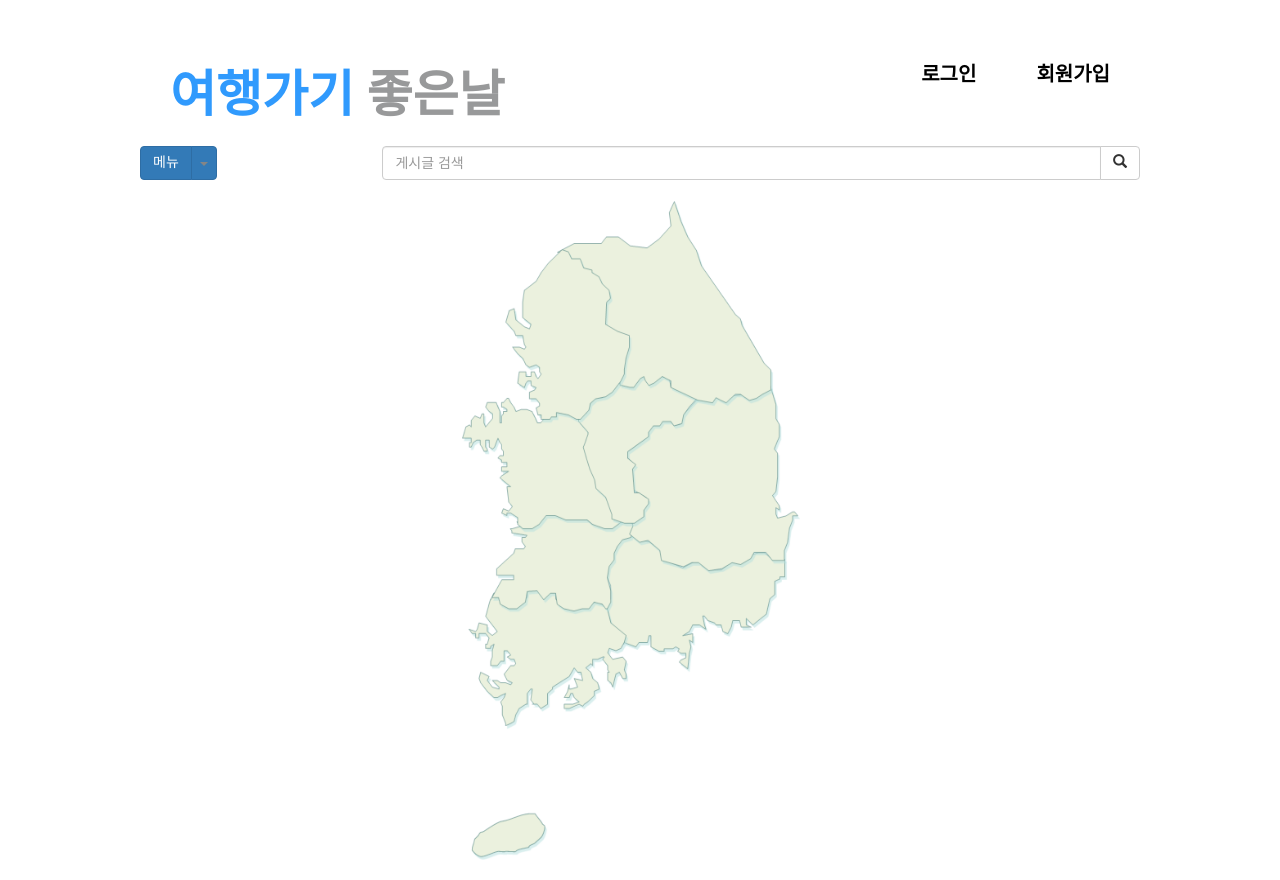
Repository: Hotmintchoco/teamProject1
Page: http://localhost/tripProject/mypage.jsp
An editor plug-in stored every save of this project. The page is shown before and after a run of saves, followed by the edit.
The browser window is 1280 px wide. The pictures show the whole page.
Some web fonts or font styles are not loaded; a fallback is used. The page is served by Tomcat 9. Nobody is signed in. The application's start-up code is not run. Other server files are loaded and not shown.

Above is the page before, as saved 2022-07-02 11:43:36.

### tripProject/src/main/webapp/mypage.jsp
<%@ page language="java" contentType="text/html; charset=UTF-8"
    pageEncoding="UTF-8"%>
<!DOCTYPE html>
<html>
<head>
<meta charset="UTF-8">
    <meta name="viewport" content="width=device-width, initial-scale=1.0">
    <title>여행가기 좋은날</title>
    <link rel="preconnect" href="https://fonts.googleapis.com">
	<link rel="preconnect" href="https://fonts.gstatic.com" crossorigin>
	<link href="https://fonts.googleapis.com/css2?family=Gugi&display=swap" rel="stylesheet">
    <link rel="stylesheet" href="fontawesome/css/all.min.css"> <!-- https://fontawesome.com/ -->
    <link rel="stylesheet" href="css/magnific-popup.css">
    <link rel="stylesheet" href="css/templatemo-ocean-vibes.css">
    <link rel="stylesheet" href="https://maxcdn.bootstrapcdn.com/bootstrap/3.4.1/css/bootstrap.min.css">
    <script src="https://ajax.googleapis.com/ajax/libs/jquery/3.6.0/jquery.min.js"></script>
  	<script src="https://maxcdn.bootstrapcdn.com/bootstrap/3.4.1/js/bootstrap.min.js"></script>

    <style>
    	* {font-family: 'Gugi', cursive}
        ul,ol.li {list-style: none; margin: 0; padding: 0;}
        nav {width: 1000px; height: 50px; margin:0 auto;}
	    nav > ul > li > a {float: right; color: black; font-size: 20px;
            text-decoration: none; margin: 0px 30px 0 30px;
            font-weight: bold;}
        #slider {width: 1000px; height: 700px; margin: 0 auto;}
        #slider > img {margin-left: 250px;}
        .tm-mt-0 {float: left; font-size: 50px;}
        #menubar {width: 1000px; margin: 0 auto;}
    </style>
</head>
<body>
    <header class="tm-site-header">
        <div>
            <nav>
                <ul>
                    <li><a href="#">회원가입</a></li>
                    <li><a href="#">로그인</a></li>
                    <li><a href="mypage.jsp" class="tm-mt-0 tm-mb-15"><span class="tm-color-primary">여행가기</span> <span class="tm-color-gray-2">좋은날</span></a></li>
                </ul>
            </nav>
        </div>
    </header>
    <div id="menubar">
		<table style="width: 100%;">
			<tbody>
				<tr style="width: 100%;">
					<td style="width: 24%;">
						<div class="btn-group">
							<button type="button" class="btn btn-primary menubtn">메뉴</button>
							<button type="button" class="btn btn-primary dropdown-toggle"
								data-toggle="dropdown">
								<span class="caret"></span>
							</button>
							<ul class="dropdown-menu" role="menu">
								<li><a href="#">코스</a></li>
								<li><a href="#">축제</a></li>
								<li><a href="#">이벤트</a></li>
							</ul>
						</div>
					</td>
					<td style="width: 75%;">
					<form action="memberForm.jsp">
						<div class="input-group">
							<input type="text" class="form-control" name="search"
								placeholder="게시글 검색">
							<div class="input-group-btn">
								<button class="btn btn-default" type="submit">
									<i class="glyphicon glyphicon-search"></i>
								</button>
							</div>
						</div>
					</form>
					</td>
				</tr>
			</tbody>
		</table>
    </div>

	<div id="slider">
        <img src="img/koreaMap2.png" alt="Map" width="450px" height="700px">
    </div>

    <script src="js/jquery-3.4.1.min.js"></script>
    <script src="js/imagesloaded.pkgd.min.js"></script>
    <script src="js/isotope.pkgd.min.js"></script>
    <script src="js/jquery.magnific-popup.min.js"></script>
    <script src="js/templatemo-script.js"></script>
</body>
</html>

### tripProject/src/main/webapp/css/templatemo-ocean-vibes.css
/*

TemplateMo 554 Ocean Vibes

https://templatemo.com/tm-554-ocean-vibes

*/

html { overflow-x: hidden; }

body {
    font-family: 'Source Sans Pro', sans-serif;
    font-size: 19px;
    line-height: 1.8em;
    overflow-x: hidden;
}

p, span, em, a, address { color: #848586; }
h2, p {
    margin-top: 0;
}

a:hover, a.active { color: #309AFD; }

.tm-btn {
    padding: 10px 40px;
    color: white;
    background-color: #3299CD;
    display: inline-block;
    border: none;
    cursor: pointer;
    font-size: 1.2rem;
    transition: all 0.3s ease;
}

button.tm-btn {
    padding: 15px 40px;
}

.tm-btn:hover {
    color: white;
    background-color: #49b4e9;
}

h1 { font-size: 3rem; }
em { display: block; }
div { box-sizing: border-box;}
.tm-mt-35 { margin-top: 35px; }
.tm-mb-0 { margin-bottom: 0; }
.tm-mb-15 { margin-bottom: 15px; }
.tm-mb-30 { margin-bottom: 30px; }
.tm-mb-40 { margin-bottom: 40px; }
.tm-mb-50 { margin-bottom: 50px; }
.tm-mb-80 { margin-bottom: 80px; }
.tm-text-center { text-align: center; }
.tm-text-right { text-align: right; }
.tm-color-primary { color: #309AFD; }
.tm-color-gray { color: #666768; }
.tm-color-gray-2 { color: #98999A; }
.tm-color-light-gray { color: #9E9FA0; }
.tm-bg-white { background-color: #FFF; }
.tm-bg-gray { background-color: #F1F2F3; }
blockquote { margin: 0 0 30px 10px; }
img { max-width: 100%; }
.tm-page-title { font-size: 30px; }

body, ul {
    margin: 0;
    padding: 0;
}

a {
    text-decoration: none;
    transition: all 0.3s ease;
}

.tm-mt-0 { margin-top: 0; }

.tm-site-header {
    padding: 60px 70px 30px;
}

.tm-tagline {
    font-size: 1.5rem;
    margin-left: 130px;
}

#tm-video-container {
    max-height: 400px;
    overflow: hidden;
    background-color: #333;
    margin-bottom: 90px;
    position: relative;
}

#tm-video {
    width: 100%;
    height: auto;
}

#tm-video-control-button {
    position: absolute;
    bottom: 20px;
    right: 20px;
    z-index: 1000;
    color: #e1e1e1;
}

.tm-nav-item {
    list-style: none;
    margin: 22px;
}

.tm-nav-link {
    display: flex;
    align-items: center;
    flex-direction: column;
    width: 200px;
    height: 200px;
    padding: 30px;
    border: 1px solid #D2D3D4;
    color: #999;
    box-sizing: border-box;
}

.tm-nav-link:hover,
.tm-nav-link.active {
    color: #309AFD;
}

.tm-nav-link i {
    margin-top: 30px;
    color: #309AFD;
}

.tm-main-nav ul {
    display: flex;
    flex-wrap: wrap;
    margin-left: auto;
    margin-right: auto;
}

.tm-container {
    max-width: 1254px;
    padding-left: 15px;
    padding-right: 15px;
    margin: 0 auto 135px;
}

.tm-footer {
    display: flex;
    justify-content: space-between;
    padding: 25px;
    font-size: 0.9em;
}

.tm-close-popup {
    text-align: right;
    display: block;
}

.tm-close-popup i {
    margin-left: 10px;
    margin-right: 10px;
}

.tm-row {
    display: flex;
}

.tm-col-6 {
    flex: 0 0 50%;
}

.tm-intro-pad {
    padding: 40px 55px 50px;
}

.tm-intro-col-l {
    margin-right: 40px;
}

/* text-based popup styling */
.popup {
    position: relative;
    padding: 12px 10px 35px;
    width:auto;
    max-width: 1200px;
    margin: 0 auto;
}

/*

====== Move-from-top effect ======

*/
.mfp-move-from-top .mfp-with-anim {
    opacity: 0;
    transition: all 0.2s;
    transform: translateY(-100px);
}
.mfp-move-from-top.mfp-bg {
    opacity: 0;
    transition: all 0.2s;
}
.mfp-move-from-top.mfp-ready .mfp-with-anim {
    opacity: 1;
    transform: translateY(0);
}
.mfp-move-from-top.mfp-ready.mfp-bg {
    opacity: 0.8;
}
.mfp-move-from-top.mfp-removing .mfp-with-anim {
    transform: translateY(-50px);
    opacity: 0;
}
.mfp-move-from-top.mfp-removing.mfp-bg {
    opacity: 0;
}

button.mfp-arrow {
    display: none;
}

/* Intro */
.tm-intro-img {
    max-width: 300px;
    max-height: 600px;
}

/* Gallery */
.tm-gallery {
    flex: 0 0 68%;
    margin: 0 20px;
}

.tm-gallery-container {
    position: relative;
    max-width: 800px;
    margin: 0 -10px;
	list-style: none;
    text-align: center;
}

.tm-paging {
    overflow: auto;
    margin-top: 25px;
}

.tm-paging li {
    list-style: none;
}

.tm-paging-link {
    display: flex;
    float: left;
    width: 40px;
    height: 40px;
    align-items: center;
    justify-content: center;
    background: white;
    color: #999;
    margin-right: 15px;
    margin-bottom: 15px;
}

a.tm-paging-link.active,
a.tm-paging-link:hover {
    background: #309AFD;
    color: white;
}

.tm-gallery-right {
    flex: 0 0 26%;
    margin-left: 15px;
}

.tm-gallery-links {
    margin-left: 35px;
    margin-bottom: 55px;
}

.tm-gallery-links li {
    list-style: none;
    margin-bottom: 20px;
}

.tm-gallery-link-icon {
    display: inline-block;
    width: 30px;
}

.tm-gallery-item {
    overflow: hidden;
    margin: 15px 10px;
    min-width: 180px;
    max-width: 180px;
    max-height: 240px;
    width: 25%;
    background: #3085a3;
    text-align: center;
    cursor: pointer;
}

.tm-gallery-container figure img {
    position: relative;
    display: block;
    min-height: 100%;
    max-width: 100%;
    opacity: 0.9;
}

.tm-gallery-container figure figcaption {
	padding: 2em;
	color: #fff;
	text-transform: uppercase;
	font-size: 1.25em;
	-webkit-backface-visibility: hidden;
	backface-visibility: hidden;
}

.tm-gallery-container figure figcaption::before,
.tm-gallery-container figure figcaption::after {
	pointer-events: none;
}

.tm-gallery-container figure figcaption,
.tm-gallery-container figure figcaption > a {
	position: absolute;
	top: 0;
	left: 0;
	width: 100%;
	height: 100%;
}

/* Anchor will cover the whole item by default */
/* For some effects it will show as a button */
.tm-gallery-container figure h2 {
	word-spacing: -0.15em;
	font-weight: 300;
}

.tm-gallery-container figure h2 span {
	font-weight: 800;
}

.tm-gallery-container figure h2,
.tm-gallery-container figure p {
	margin: 0;
}

.tm-gallery-container figure p {
	letter-spacing: 1px;
	font-size: 68.5%;
}

/*---------------*/
/***** Chico *****/
/*---------------*/

figure.effect-chico img {
	-webkit-transition: opacity 0.35s, -webkit-transform 0.35s;
	transition: opacity 0.35s, transform 0.35s;
	-webkit-transform: scale(1.12);
	transform: scale(1.12);
}

figure.effect-chico:hover img {
	opacity: 0.5;
	-webkit-transform: scale(1);
	transform: scale(1);
}

figure.effect-chico figcaption {
    padding: 1em;
    box-sizing: border-box;
    display: flex;
    align-items: center;
}

figure.effect-chico figcaption::before {
	position: absolute;
	top: 15px;
	right: 15px;
	bottom: 15px;
	left: 15px;
	border: 1px solid #fff;
	content: '';
	-webkit-transform: scale(1.1);
	transform: scale(1.1);
}

figure.effect-chico figcaption::before,
figure.effect-chico p {
	opacity: 0;
	-webkit-transition: opacity 0.35s, -webkit-transform 0.35s;
	transition: opacity 0.35s, transform 0.35s;
}

figure.effect-chico h2 {
	padding: 20% 0 20px 0;
}

figure.effect-chico p {
    color: white;
	margin: 0 auto;
	max-width: 200px;
	-webkit-transform: scale(1.5);
	transform: scale(1.5);
}

figure.effect-chico:hover figcaption::before,
figure.effect-chico:hover p {
	opacity: 1;
	-webkit-transform: scale(1);
	transform: scale(1);
}

/* Testimonials */
.tm-testimonials-inner {
    padding: 0 20px 30px;
}

.tm-testimonial-col {
    flex: 0 0 33.3334%;
    padding-left: 20px;
    padding-right: 20px;
}

/* About */
.mapouter{
    position:relative;
    height:250px;
    width:100%;
}

.gmap_canvas {
    overflow:hidden;
    background:none!important;
    height:250px;
    width:100%;
}
.tm-contact-row {
    max-width: 1045px;
}
.tm-about-col {
    margin-left: 40px;
    margin-right: 40px;
    max-width: 500px;
}

/* Contact */
#contact {
    padding-bottom: 65px;
}
.tm-contact-col {
    flex: 0 0 50%;
    padding-left: 40px;
}

.tm-contact-col-r {
    padding-left: 0;
    padding-right: 30px;
}

.tm-contact-form {
    max-width: 350px;
    margin-left: 40px;
    margin-right: 40px;
}

.form-control {
    font-family: 'Source Sans Pro', sans-serif;
    font-size: 1.2rem;
    border: 1px solid #D5D6D7;
    box-sizing: border-box;
    padding: 15px;
    width: 100%;
}

.form-group {
    margin-bottom: 25px;
}

select:not([multiple]) {
    -webkit-appearance: none;
    -moz-appearance: none;
    background-position: right 15px center;
    background-repeat: no-repeat;
    background-image: url(../img/select-arrow.png);
    padding: 14px 20px;
    padding-right: 20px;
    color: #666;
}

.tm-contact-links li {
    list-style: none;
    margin-bottom: 10px;
}

.tm-contact-link-icon {
    margin-right: 15px;
}

address {
    font-style: normal;
}

@media (max-width: 850px) {
    .tm-contact-row {
        flex-direction: column;
    }

    .tm-contact-col {
        flex: 0 0 100%;
        max-width: 100%;
        padding-left: 30px;
        padding-right: 30px;
    }

    .tm-contact-form {
        max-width: 100%;
        margin-left: 0;
        margin-right: 0;
        margin-bottom: 50px;
    }
}

@media (max-width: 700px) {
    .tm-about-row {
        flex-direction: column;
    }
    .tm-about-col {
        flex: 0 0 100%;
    }
}

@media (max-width: 1264px) {
    .tm-main-nav ul {
        max-width: 976px;
    }
}

@media (max-width: 1020px) {
    .tm-main-nav ul {
        max-width: 732px;
    }
}

@media (max-width: 776px) {
    .tm-main-nav ul {
        max-width: 488px;
    }
}

@media (max-width: 532px) {
    .tm-main-nav ul {
        max-width: 244px;
    }
}

@media (max-width: 992px) {
    .tm-testimonial-row {
        flex-wrap: wrap;
    }
    .tm-testimonial-col {
        flex: 100%;
        margin-bottom: 50px;
    }

    .tm-testimonial-col:last-child {
        margin-bottom: 0;
    }

    .tm-testimonial-col-2 {
        flex: 50%;
    }
}

@media (max-width: 635px) {
    .tm-testimonial-col-2 {
        flex: 100%;
    }
}

@media (max-width: 902px) {
    .tm-gallery {
        flex: 0 0 50%;
    }
    .tm-gallery-right {
        flex: 0 0 38%;
    }
}

@media (max-width: 805px) {
    .tm-gallery-row {
        flex-direction: column-reverse;
    }
    .tm-gallery {
        flex: 0 0 100%;
    }
    .tm-gallery-right {
        flex: 0 0 100%;
        margin-left: 20px;
        margin-right: 20px;
    }

    .tm-gallery-right-inner {
        display: flex;
        flex-direction: column-reverse;
    }

    .tm-gallery-links {
        display: flex;
        flex-wrap: wrap;
        margin-top: 20px;
        margin-bottom: 0;
        margin-left: 0;
    }

    .tm-gallery-links li {
        margin-right: 20px;
    }
}

@media (max-width: 850px) {
    .tm-content-row {
        flex-direction: column;
    }

    .tm-intro-col-l {
        margin-right: 0;
    }
}

@media (max-width: 650px) {
    .tm-intro-row {
        flex-direction: column;
    }

    .tm-intro-img {
        max-width: 100%;
        max-height: none;
    }
}

@media (max-width: 540px) {
    .tm-footer {
        flex-direction: column;
        align-items: center;
    }
}

@media (max-width: 558px) {
    .tm-site-header {
        padding-left: 30px;
        padding-right: 30px;
    }

    .tm-tagline {
        margin-left: 30px;
    }
}

### tripProject/src/main/webapp/js/templatemo-script.js
/**
 * Credits
 * Isotope with paging: https://codepen.io/TimRizzo/details/ervrRq
 * CSS3 animation effects for Magnific Popup: https://codepen.io/dimsemenov/pen/GAIkt
 */

$(document).ready(function () {

    /*************** Gallery ******************/

    var itemSelector = ".tm-gallery-item";
    var responsiveIsotope = [ [480, 4], [720, 6] ];
    var itemsPerPageDefault = 8;
    var itemsPerPage = defineItemsPerPage();
    var currentNumberPages = 1;
    var currentPage = 1;
    var currentFilter = '*';
    var filterValue = "";
    var pageAttribute = 'data-page';
    var pagerClass = 'isotope-pager';
    var $container = $('.tm-gallery-container').isotope({
        itemSelector: itemSelector
    });

    function adjustGalleryLayout(currentPopup) {
        if(currentPopup == 'gallery') {
            // layout Isotope after each image loads
            $container.imagesLoaded().progress( function() {
                $container.isotope('layout');
            });
        }
    }

    /************** Popup *****************/

    $('#inline-popups').magnificPopup({
        delegate: 'a',
        removalDelay: 500, //delay removal by X to allow out-animation
        callbacks: {
            beforeOpen: function() {
                this.st.mainClass = this.st.el.attr('data-effect');
            },
            open: function() {
                adjustGalleryLayout($.magnificPopup.instance.content.attr('id'));
            }
        },
        midClick: true, // allow opening popup on middle mouse click. Always set it to true if you don't provide alternative source.
        showCloseBtn: false
    });

    $('.tm-close-popup').on( "click", function() {
        $.magnificPopup.close();
    });

    var popupInstance = $.magnificPopup.instance;

    $('.tm-btn-next').on("click", function(e) {
        popupInstance.next();
        adjustGalleryLayout(popupInstance.content.attr('id'));
    });

    $('.tm-btn-contact').on("click", function(e) {
        popupInstance.goTo(4);
    })

    // update items based on current filters
    function changeFilter(selector) { $container.isotope({ filter: selector }); }

    // grab all checked filters and goto page on fresh isotope output
    function goToPage(n) {
        currentPage = n;
        var selector = itemSelector;
        var exclusives = [];

        if(currentFilter != '*') {
            exclusives.push(selector + '.' + currentFilter);
        }

        // smash all values back together for 'and' filtering
        filterValue = exclusives.length ? exclusives.join('') : '*';

        // add page number to the string of filters
        var wordPage = currentPage.toString();
        filterValue += ('.'+wordPage);
        changeFilter(filterValue);
    }

    // determine page breaks based on window width and preset values
    function defineItemsPerPage() {
        var pages = itemsPerPageDefault;

        for( var i = 0; i < responsiveIsotope.length; i++ ) {
            if( $(window).width() <= responsiveIsotope[i][0] ) {
                pages = responsiveIsotope[i][1];
                break;
            }
        }
        return pages;
    }

    function setPagination() {

        var SettingsPagesOnItems = function(){
            var itemsLength = $container.children(itemSelector).length;
            var pages = Math.ceil(itemsLength / itemsPerPage);
            var item = 1;
            var page = 1;
            var selector = itemSelector;
            var exclusives = [];

                if(currentFilter != '*') {
                    exclusives.push(selector + '.' + currentFilter);
                }

                // smash all values back together for 'and' filtering
                filterValue = exclusives.length ? exclusives.join('') : '*';

                // find each child element with current filter values
                $container.children(filterValue).each(function(){
                    // increment page if a new one is needed
                    if( item > itemsPerPage ) {
                        page++;
                        item = 1;
                    }
                    // add page number to element as a class
                    wordPage = page.toString();

                    var classes = $(this).attr('class').split(' ');
                    var lastClass = classes[classes.length-1];
                    // last class shorter than 4 will be a page number, if so, grab and replace
                    if(lastClass.length < 4){
                        $(this).removeClass();
                        classes.pop();
                        classes.push(wordPage);
                        classes = classes.join(' ');
                        $(this).addClass(classes);
                    } else {
                        // if there was no page number, add it
                       $(this).addClass(wordPage);
                    }
                    item++;
                });
            currentNumberPages = page;
        }();

        // create page number navigation
        var CreatePagers = function() {

            var $isotopePager = ( $('.'+pagerClass).length == 0 ) ? $('<div class="'+pagerClass+' tm-paging"></div>') : $('.'+pagerClass);

            $isotopePager.html('');
            if(currentNumberPages > 1){
                for( var i = 0; i < currentNumberPages; i++ ) {
                    var $pager = '';

                    if(currentPage == i+1) {
                        $pager = $('<a href="javascript:void(0);" class="pager active tm-paging-link" '+pageAttribute+'="'+(i+1)+'"></a>');
                    } else {
                        $pager = $('<a href="javascript:void(0);" class="pager tm-paging-link" '+pageAttribute+'="'+(i+1)+'"></a>');
                    }

                    $pager.html(i+1);

                    $pager.click(function(){
                        $('.tm-paging-link').removeClass('active');
                        $(this).addClass('active');
                        var page = $(this).eq(0).attr(pageAttribute);
                        goToPage(page);
                    });
                    $pager.appendTo($isotopePager);
                }
            }
            $container.after($isotopePager);
        }();
    }

    setPagination();
    goToPage(1);

    //event handlers
    $('.tm-gallery-link').click(function(e) {
        var filter = $(this).data('filter');
        currentFilter = filter;
        setPagination();
        goToPage(1);
        $('.tm-gallery-link').removeClass('active');
        $(e.target).addClass('active');
    })

    //Handle window resize
    $(window).resize(function(){
        itemsPerPage = defineItemsPerPage();
        setPagination();
        goToPage(1);
    });

    /************** Video background *********/

    function setVideoSize() {
        const vidWidth = 1280;
        const vidHeight = 720;
        const maxVidHeight = 400;
        let windowWidth = window.innerWidth;
        let newVidWidth = windowWidth;
        let newVidHeight = windowWidth * vidHeight / vidWidth;
        let marginLeft = 0;
        let marginTop = 0;

        if (newVidHeight < maxVidHeight) {
            newVidHeight = maxVidHeight;
            newVidWidth = newVidHeight * vidWidth / vidHeight;
        }

        if(newVidWidth > windowWidth) {
            marginLeft = -((newVidWidth - windowWidth) / 2);
        }

        if(newVidHeight > maxVidHeight) {
            marginTop = -((newVidHeight - $('#tm-video-container').height()) / 2);
        }

        const tmVideo = $('#tm-video');

        tmVideo.css('width', newVidWidth);
        tmVideo.css('height', newVidHeight);
        tmVideo.css('margin-left', marginLeft);
        tmVideo.css('margin-top', marginTop);
    }

    setVideoSize();

    // Set video background size based on window size
    let timeout;
    window.onresize = function () {
        clearTimeout(timeout);
        timeout = setTimeout(setVideoSize, 100);

        adjustIntroImg();
    };

    // Play/Pause button for video background
    const btn = $("#tm-video-control-button");

    btn.on("click", function (e) {
        const video = document.getElementById("tm-video");
        $(this).removeClass();

        if (video.paused) {
            video.play();
            $(this).addClass("fas fa-pause");
        } else {
            video.pause();
            $(this).addClass("fas fa-play");
        }
    });


    // Adjust intro image based on the screen size
    adjustIntroImg();

    function adjustIntroImg() {
        var img = 'img/';

        if(window.innerWidth > 650) {
            img += 'intro.jpg';
        } else {
            img += 'intro-big.jpg';
        }

        $('.tm-intro-img').attr('src', img);
    }
});

Loaded but not shown: tripProject/src/main/webapp/fontawesome/css/all.min.css (library); tripProject/src/main/webapp/css/magnific-popup.css (library); tripProject/src/main/webapp/js/jquery-3.4.1.min.js (library); tripProject/src/main/webapp/js/imagesloaded.pkgd.min.js (library); tripProject/src/main/webapp/js/isotope.pkgd.min.js (library); tripProject/src/main/webapp/js/jquery.magnific-popup.min.js (library)

After the next 2 saves:
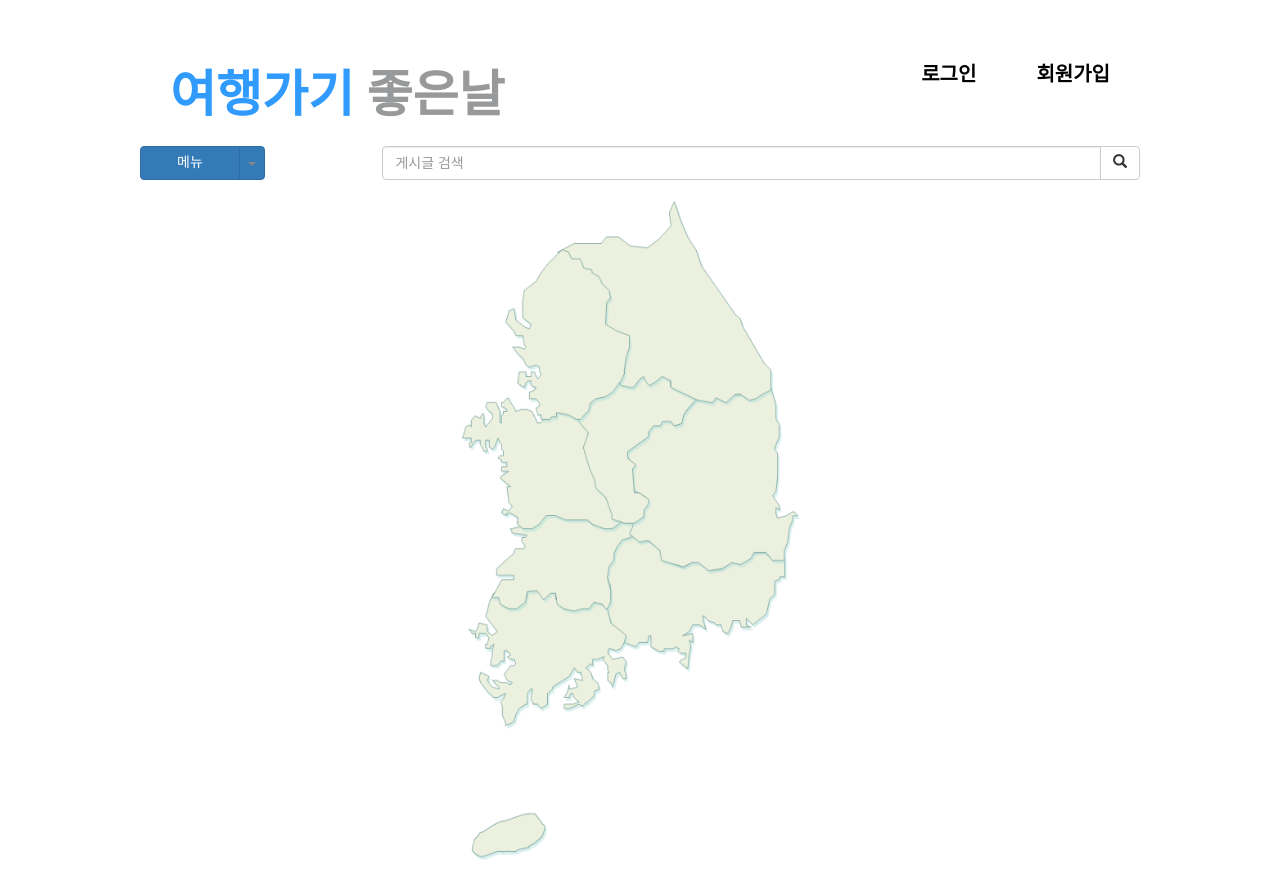
The 2 saves are shown as one change because they came seconds apart.
The last was saved 43 s later.
--- a/tripProject/src/main/webapp/mypage.jsp
+++ b/tripProject/src/main/webapp/mypage.jsp
@@ -47,7 +47,7 @@
 				<tr style="width: 100%;">
 					<td style="width: 24%;">
 						<div class="btn-group">
-							<button type="button" class="btn btn-primary menubtn">메뉴</button>
+							<button type="button" class="btn btn-primary" style="width:100px;">메뉴</button>
 							<button type="button" class="btn btn-primary dropdown-toggle"
 								data-toggle="dropdown">
 								<span class="caret"></span>
